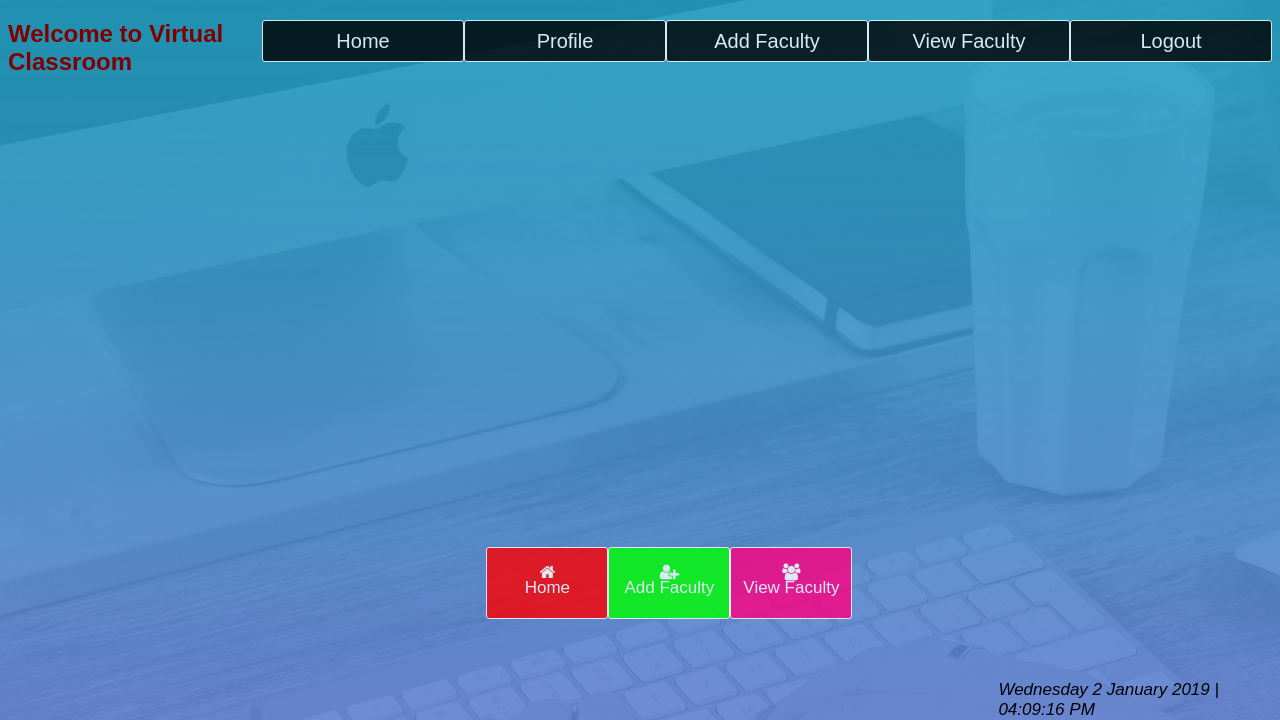
Repository: Rajendra1998/Virtual_classroom_mvc_project
Page: http://localhost/Virtual_classroom/Admin_profile.jsp
The author's editor kept a copy of each file at every save. The page is drawn from the files as they stood at one save, then again after the next save.
The browser window is 1280 px wide. The pictures show the whole page.
The page is served by Tomcat 9.

Above is the page before, as saved 2019-01-09 08:26:49.

After the next save:
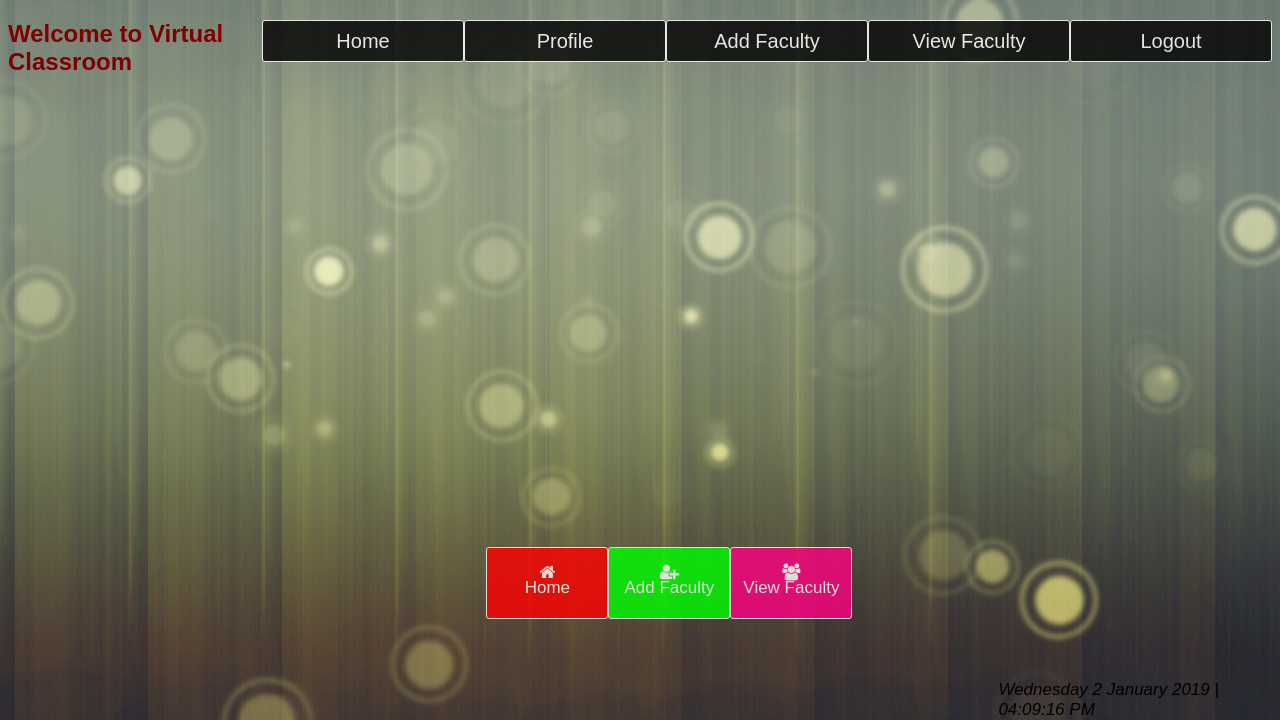
Saved 66 s later.
--- a/Virtual_classroom/WebContent/Admin_profile.jsp
+++ b/Virtual_classroom/WebContent/Admin_profile.jsp
@@ -9,7 +9,7 @@
 <link rel="stylesheet" href="https://maxcdn.bootstrapcdn.com/font-awesome/4.7.0/css/font-awesome.min.css">
 	<style type="text/css" rel="stylesheet">
 	body{
-		background-image:url(1.jpg);
+		background-image:url(pic1.jpg);
 		background-repeat:no-repeat;
 	 	font-family:sans-serif;
 		background-size:cover;
